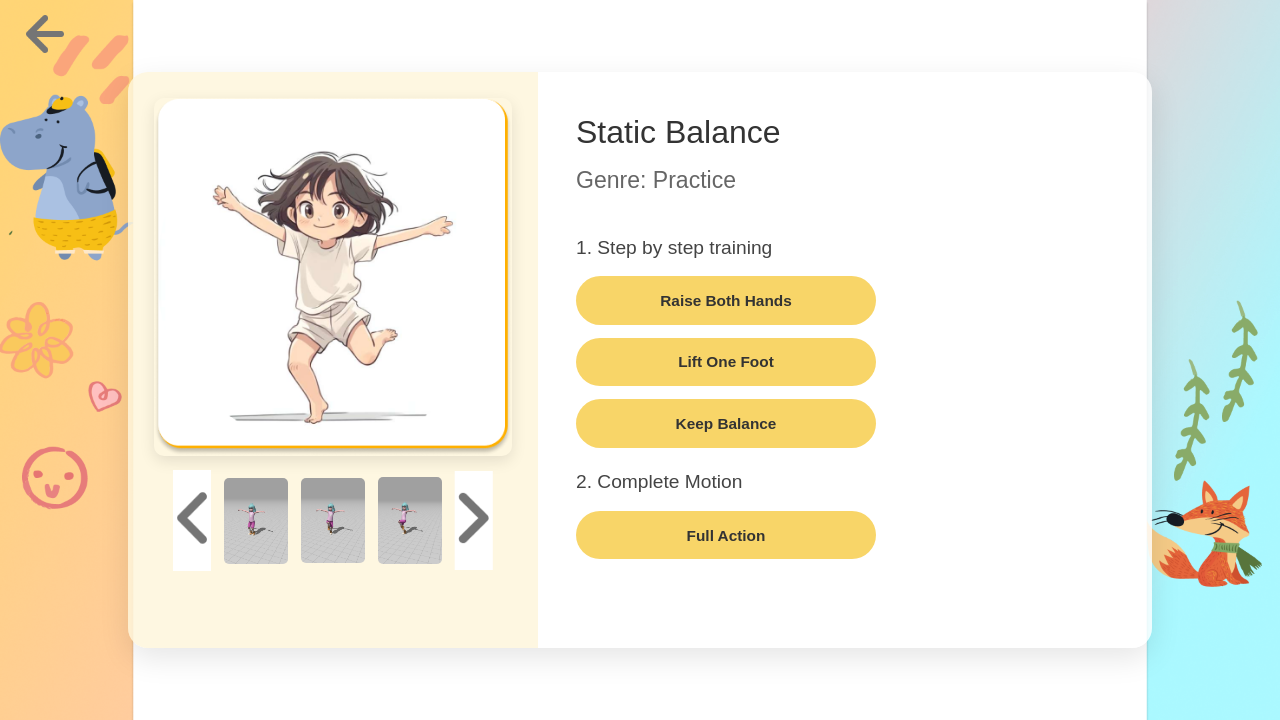
Repository: Jayhawk2000/AR_Game_DCD_Children
Page: prac_bal.html
These files come from the project's save history. The page is drawn as it stood at one moment and after the next save; the edit follows.
The browser window is 1280 px wide. The pictures show the whole page.

Above is the page before, as saved 2024-10-16 14:15:08.

After the next save:
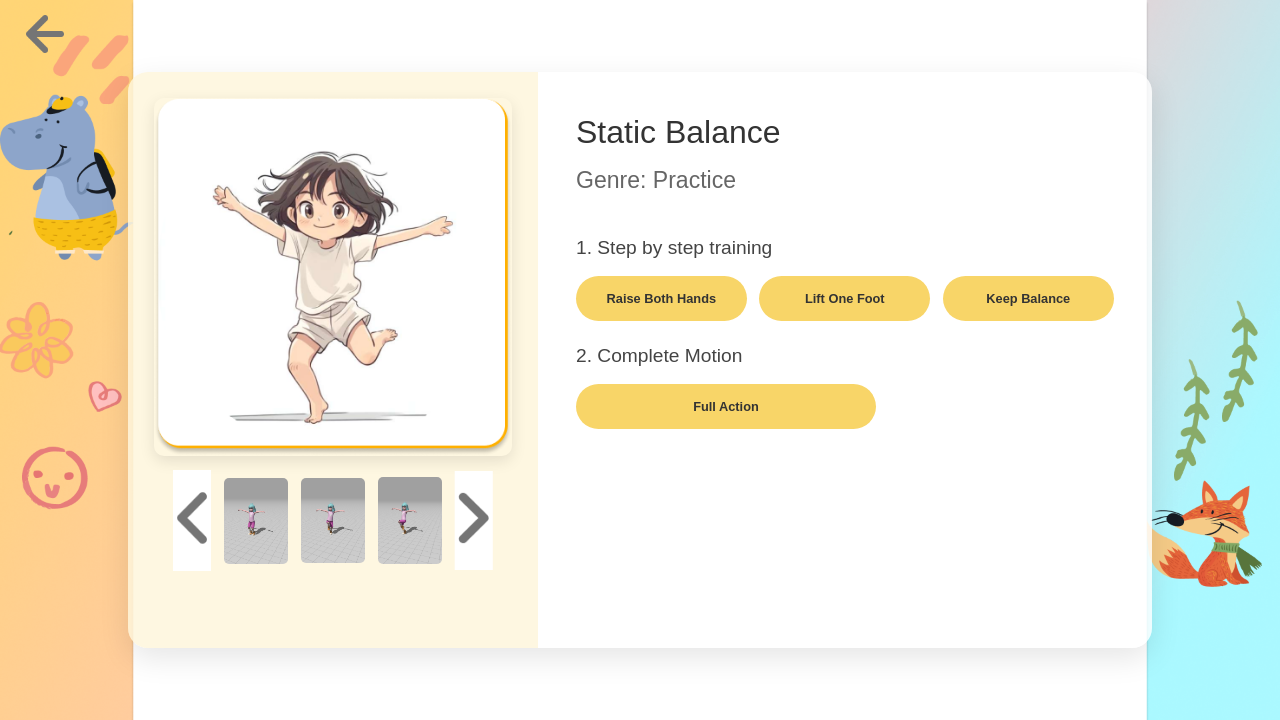
Saved 2 min 34 s later.
--- a/prac_bal.html
+++ b/prac_bal.html
@@ -111,48 +111,59 @@
             padding-top: 5vh;
         }
 
+        .training-steps {
+            display: flex;
+            flex-direction: column;
+            align-items: stretch;
+            width: 100%;
+        }
+
+        .button-group {
+            display: flex;
+            justify-content: space-between;
+            gap: 1vw;
+        }
+
         .button {
             background-color: #f8d568;
             border: none;
             color: #333;
-            padding: 1vw 2vw;
+            padding: 1vw 1vw;
             margin: 0.5vw 0;
             cursor: pointer;
             border-radius: 50px;
             font-weight: bold;
-            font-size: 1.2vw;
+            font-size: 1vw;
             transition: all 0.3s ease;
+            flex: 1;
+            text-align: center;
+            white-space: nowrap;
+            overflow: hidden;
+            text-overflow: ellipsis;
+        }
+
+        .full-action-button {
             width: 100%;
             max-width: 300px;
-            text-align: center;
-        }
-
-        .button:hover {
-            background-color: #f0c040;
-            transform: translateY(-3px);
-            box-shadow: 0 7px 20px rgba(0,0,0,0.2);
-        }
-
-        h1, h2, h3 {
-            color: #333;
         }
 
         h1 {
             font-size: 2.5vw;
+            color: #333;
             margin-bottom: 1vh;
         }
 
         h2 {
             font-size: 1.8vw;
+            color: #666;
             margin-bottom: 3vh;
-            color: #666;
         }
 
         h3 {
             font-size: 1.5vw;
+            color: #444;
             margin-top: 2vh;
             margin-bottom: 1vh;
-            color: #444;
         }
 
         .modal {
@@ -236,13 +247,15 @@
             <h2>Genre: Practice</h2>
             <div class="training-steps">
                 <h3>1. Step by step training</h3>
-                <button class="button" onclick="window.location.href='bal_step1.html';">Raise Both Hands</button>
-                <button class="button" onclick="window.location.href='bal_step2.html';">Lift One Foot</button>
-                <button class="button" onclick="window.location.href='bal_step3.html';">Keep Balance</button>
+                <div class="button-group">
+                    <button class="button" onclick="window.location.href='bal_step1.html';">Raise Both Hands</button>
+                    <button class="button" onclick="window.location.href='bal_step2.html';">Lift One Foot</button>
+                    <button class="button" onclick="window.location.href='bal_step3.html';">Keep Balance</button>
+                </div>
             </div>
             <div class="complete-motion">
                 <h3>2. Complete Motion</h3>
-                <button class="button" onclick="window.location.href='bal_full.html';">Full Action</button>
+                <button class="button full-action-button" onclick="window.location.href='bal_full.html';">Full Action</button>
             </div>
         </div>
     </div>
